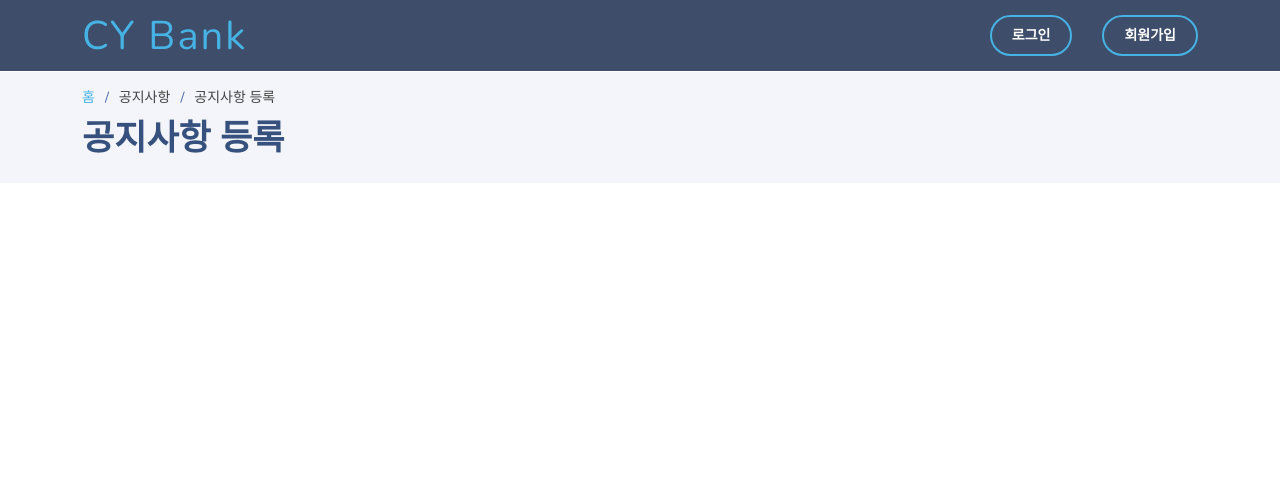
Repository: scy0814/Spring
Page: http://localhost/CYBank/jsp/notice/InsertNotice.jsp
The author's editor kept a copy of each file at every save. The page is drawn from the files as they stood at one save, then again after the next save.
The browser window is 1280 px wide. The pictures show the whole page.
The page is served by Tomcat 9. Other server files are loaded and not shown.

Above is the page before, as saved 2023-06-30 11:27:50.

### CYBank/src/main/webapp/jsp/notice/InsertNotice.jsp
<%@ page language="java" contentType="text/html; charset=UTF-8"
    pageEncoding="UTF-8"%>
<!DOCTYPE html>
<html>
<head>
<meta charset="UTF-8">
<title>Insert title here</title>
</head>
<header>
<jsp:include page="/jsp/include/header.jsp" />
</header>
<body>
<section id="breadcrumbs" class="breadcrumbs">
  <div class="container">
    <ol>
      <li><a href="/index.jsp">홈</a></li>
      <li>공지사항</li>
      <li>공지사항 등록</li>
    </ol>
    <h2 style="font-size: 35px;">공지사항 등록</h2>
  </div>
</section><!-- End Breadcrumbs -->
  <section class="inner-page">
    <div class="container">


    </div>
    </section>
</body>
</html>

### CYBank/src/main/webapp/jsp/include/header.jsp
<%@ page language="java" contentType="text/html; charset=UTF-8"
    pageEncoding="UTF-8"%>
    <%@ taglib prefix="c" uri="http://java.sun.com/jsp/jstl/core"%>
<!DOCTYPE html>
<html>
<head>
<meta charset="UTF-8">
 <!-- Favicons -->
  <link href="assets/img/favicon.png" rel="icon">
  <link href="assets/img/apple-touch-icon.png" rel="apple-touch-icon">


  <!-- Google Fonts -->
  <link href="https://fonts.googleapis.com/css?family=Open+Sans:300,300i,400,400i,600,600i,700,700i|Nunito:300,300i,400,400i,600,600i,700,700i|Poppins:300,300i,400,400i,500,500i,600,600i,700,700i" rel="stylesheet">

  <!-- Vendor CSS Files -->
  <link href="/CYBank/css/vendor/aos/aos.css" rel="stylesheet">
  <link href="/CYBank/css/vendor/bootstrap/css/bootstrap.min.css" rel="stylesheet">
  <link href="/CYBank/css/vendor/bootstrap-icons/bootstrap-icons.css" rel="stylesheet">
  <link href="/CYBank/css/vendor/glightbox/css/glightbox.min.css" rel="stylesheet">
  <link href="/CYBank/css/vendor/remixicon/remixicon.css" rel="stylesheet">
  <link href="/CYBank/css/vendor/swiper/swiper-bundle.min.css" rel="stylesheet">

  <!-- Template Main CSS File -->
  <link href="/CYBank/css/css/style.css" rel="stylesheet">
  <style>
  .fixed-top {
    position: fixed;
    z-index: 1030;
    background: #283a5ae6;
    top: 0;
    right: 0;
    left: 0;
}
  </style>

<title>Insert title here</title>
</head>
<body>
<!-- ======= Header ======= -->
  <header id="header" class="header fixed-top">
    <div class="container-fluid container-xl d-flex align-items-center justify-content-between">

      <a href="index.jsp" class="logo d-flex align-items-center">
        <span class="cybank">CY Bank</span>
      </a>
		<c:set var="isLogin" value="${empty user }" />
      <nav id="navbar" class="navbar">
        <ul>
        <c:if test="${not empty user && user.id ne 'admin'}">
          <li><a class="nav-link scrollto active" href="index.jsp">홈</a></li>
          <li><a class="nav-link scrollto" href="${pageContext.request.contextPath }/noticeList.do">공지사항</a></li>
          <li><a class="nav-link scrollto" href="#about">오픈뱅킹</a></li>
           <li class="dropdown"><a href="${pageContext.request.contextPath }/account.do"><span>계좌</span> <i class="bi bi-chevron-down"></i></a>
            <ul>
              <li><a href="${pageContext.request.contextPath}/account.do">나의 계좌</a></li>
              <li><a href="${pageContext.request.contextPath}/createAccount.do">계좌 개설</a></li>
              <li><a href="${pageContext.request.contextPath}/transactionHistory.do">입출금 내역</a></li>
              <li><a href="${pageContext.request.contextPath}/closeAccount.do">계좌 해지</a></li>
            </ul>
          </li>
          <li><a class="nav-link scrollto" href="${pageContext.request.contextPath }/myPage.do">마이페이지</a></li>
          <li><a class="nav-link scrollto" href="${pageContext.request.contextPath }/customerCenter.do">고객센터</a></li>
          <li><a class="nav-link scrollto" href="${pageContext.request.contextPath }/logout.do">로그아웃</a></li>
          </c:if>

		<c:if test="${user.id eq 'admin'}">
		<li class="dropdown"><a href="${pageContext.request.contextPath }/account.do"><span>상품관리</span> <i class="bi bi-chevron-down"></i></a>
            <ul>
              <li><a href="${pageContext.request.contextPath}/account.do">상품등록</a></li>
              <li><a href="${pageContext.request.contextPath}/createAccount.do">상품수정</a></li>
              <li><a href="${pageContext.request.contextPath}/transactionHistory.do">상품삭제</a></li>
            </ul>
          </li>
          <li class="dropdown"><a href="${pageContext.request.contextPath }/account.do"><span>회원관리</span> <i class="bi bi-chevron-down"></i></a>
            <ul>
              <li><a href="${pageContext.request.contextPath}/account.do">회원리스트</a></li>
              <li><a href="${pageContext.request.contextPath}/transactionHistory.do">휴면계좌관리</a></li>
            </ul>
          <li><a class="nav-link scrollto" href="${pageContext.request.contextPath }/noticeList.do">공지사항</a></li>
          <li><a class="nav-link scrollto" href="${pageContext.request.contextPath }/customerCenter.do">고객센터</a></li>
          <li><a class="nav-link scrollto" href="${pageContext.request.contextPath }/logout.do">로그아웃</a></li>
		</c:if>
		<c:if test="${empty user}">
          <li><a class="getstarted scrollto" href="${pageContext.request.contextPath }/login.do">로그인</a></li>
          <li><a class="getstarted scrollto" href="${pageContext.request.contextPath }/signup.do">회원가입</a></li>
          </c:if>
        </ul>
        <i class="bi bi-list mobile-nav-toggle"></i>
      </nav><!-- .navbar -->

    </div>
  </header><!-- End Header -->
  <!-- Vendor JS Files -->
  <script src="/CYBank/css/vendor/purecounter/purecounter_vanilla.js"></script>
  <script src="/CYBank/css/vendor/aos/aos.js"></script>
  <script src="/CYBank/css/vendor/bootstrap/js/bootstrap.bundle.min.js"></script>
  <script src="/CYBank/css/vendor/glightbox/js/glightbox.min.js"></script>
  <script src="/CYBank/css/vendor/isotope-layout/isotope.pkgd.min.js"></script>
  <script src="/CYBank/css/vendor/swiper/swiper-bundle.min.js"></script>
  <script src="/CYBank/css/vendor/php-email-form/validate.js"></script>

  <!-- Template Main JS File -->
  <script src="/CYBank/css/js/main.js"></script>

</body>
</html>

Loaded but not shown: CYBank/src/main/webapp/css/js/main.js (258 lines, source omitted); CYBank/src/main/webapp/css/css/style.css (1830 lines, source omitted)

After the next save:
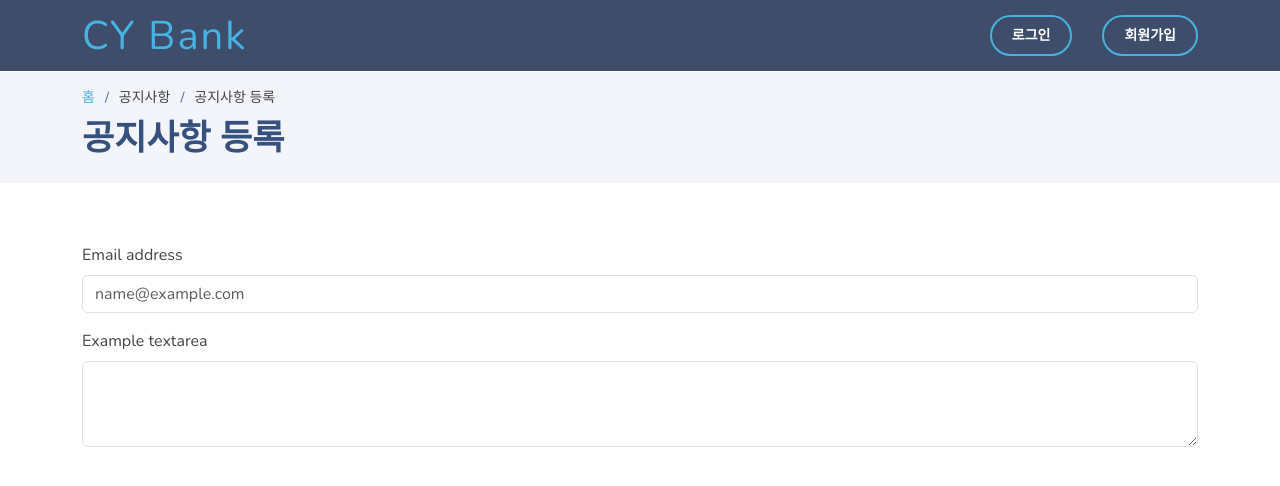
Saved 3 min 0 s later.
--- a/CYBank/src/main/webapp/jsp/notice/InsertNotice.jsp
+++ b/CYBank/src/main/webapp/jsp/notice/InsertNotice.jsp
@@ -23,7 +23,14 @@
   <section class="inner-page">
     <div class="container">
 
-
+    <div class="mb-3">
+  <label for="exampleFormControlInput1" class="form-label">Email address</label>
+  <input type="email" class="form-control" id="exampleFormControlInput1" placeholder="name@example.com">
+</div>
+<div class="mb-3">
+  <label for="exampleFormControlTextarea1" class="form-label">Example textarea</label>
+  <textarea class="form-control" id="exampleFormControlTextarea1" rows="3"></textarea>
+</div>
     </div>
     </section>
 </body>
